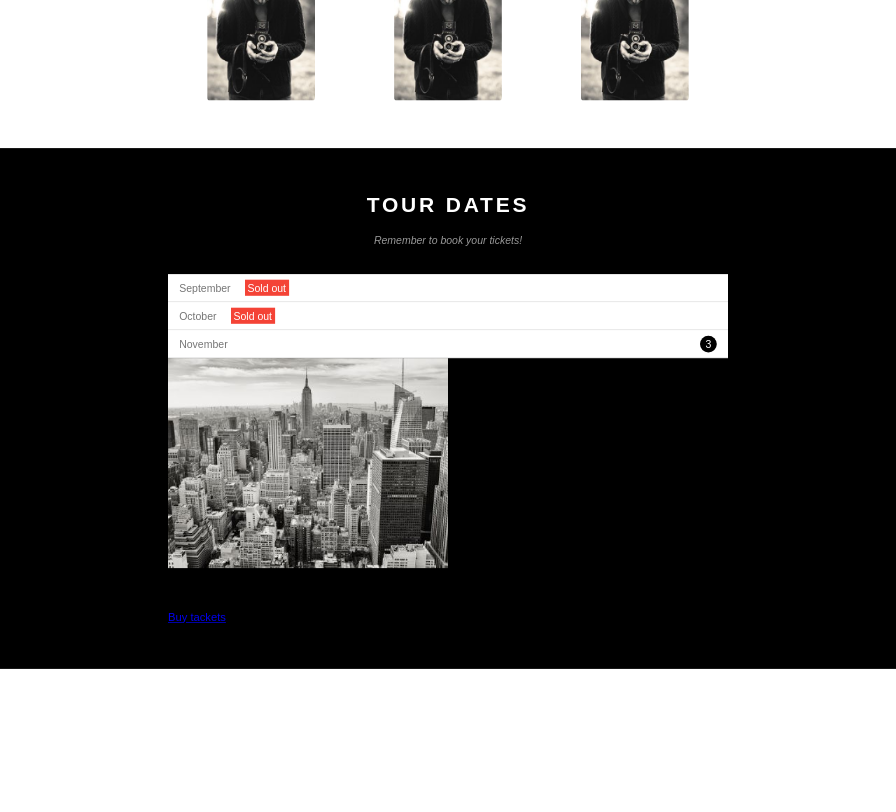
Repository: Phunobita/The-band-w3school
Page: index.html
An editor plug-in stored every save of this project. The page is shown before and after the next save, followed by the edit.
The browser window is 1280 px wide. The pictures show the part of the page from y = 731 to 2651 px (the page is 1891 px tall before and 2651 px after), at 70% of full size.
A picture or video elsewhere on the page could not be fetched, so the positions and the page height are approximate.

Above is the page before, as saved 2021-12-02 22:26:43.

After the next save:
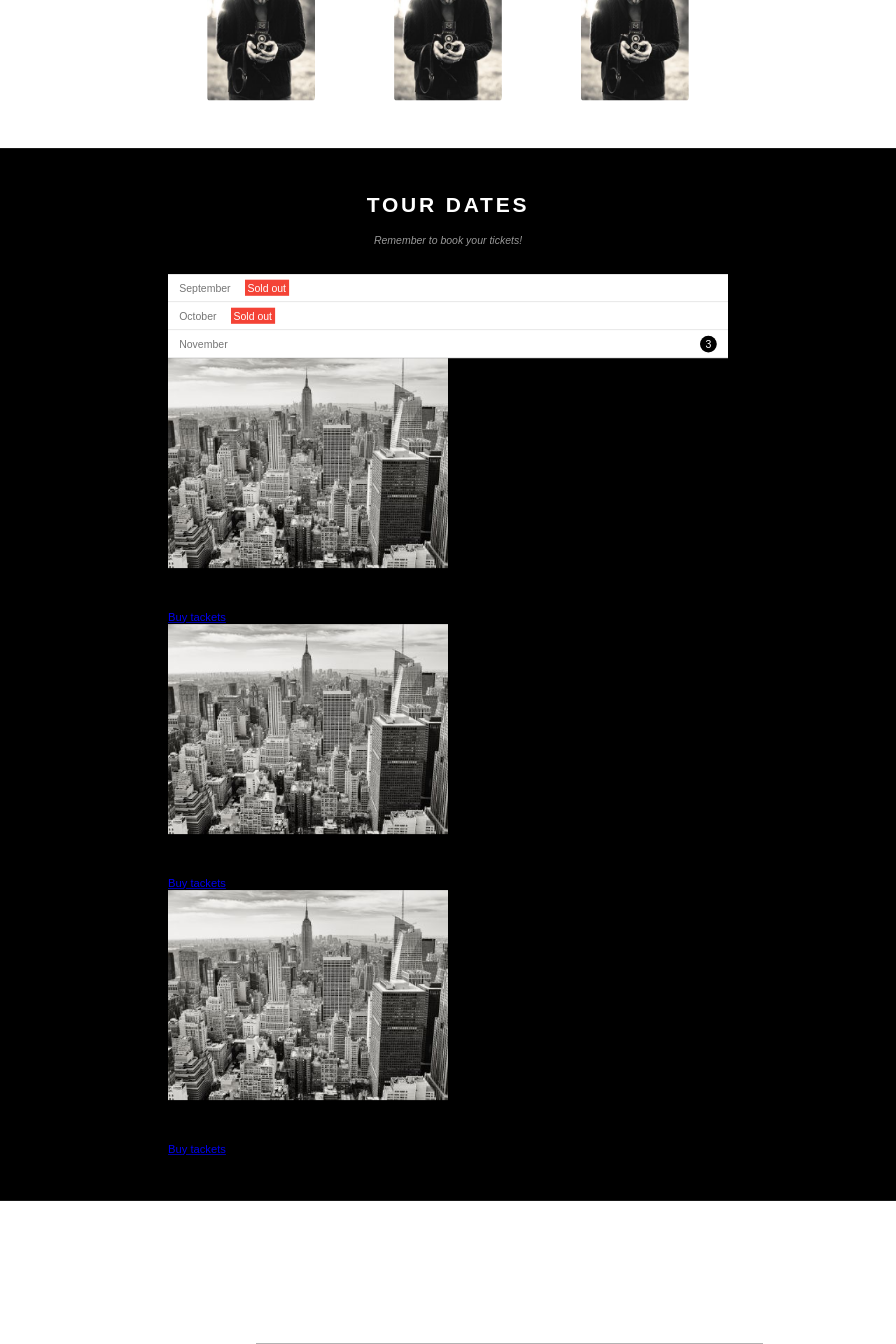
Saved 32 s later.
--- a/index.html
+++ b/index.html
@@ -106,6 +106,26 @@
                                 <a href="#" class="place-buy-btn">Buy tackets</a>
                             </div>
                         </div>
+                        <div class="place__list-item">
+                            <img src="./assets/img/newyork.jpg" alt="New York" class="place__img">
+                            <div class="place-body">
+                                <h3 class="place-heading">New York</h3>
+                                <p class="place-time">Fri 27 Nov 2016</p>
+                                <p class="place-description">Praesent tincidunt sed tellus ut rutrum sed vitae justo.
+                                </p>
+                                <a href="#" class="place-buy-btn">Buy tackets</a>
+                            </div>
+                        </div>
+                        <div class="place__list-item">
+                            <img src="./assets/img/newyork.jpg" alt="New York" class="place__img">
+                            <div class="place-body">
+                                <h3 class="place-heading">New York</h3>
+                                <p class="place-time">Fri 27 Nov 2016</p>
+                                <p class="place-description">Praesent tincidunt sed tellus ut rutrum sed vitae justo.
+                                </p>
+                                <a href="#" class="place-buy-btn">Buy tackets</a>
+                            </div>
+                        </div>
                     </div>
                 </div>
             </div>
